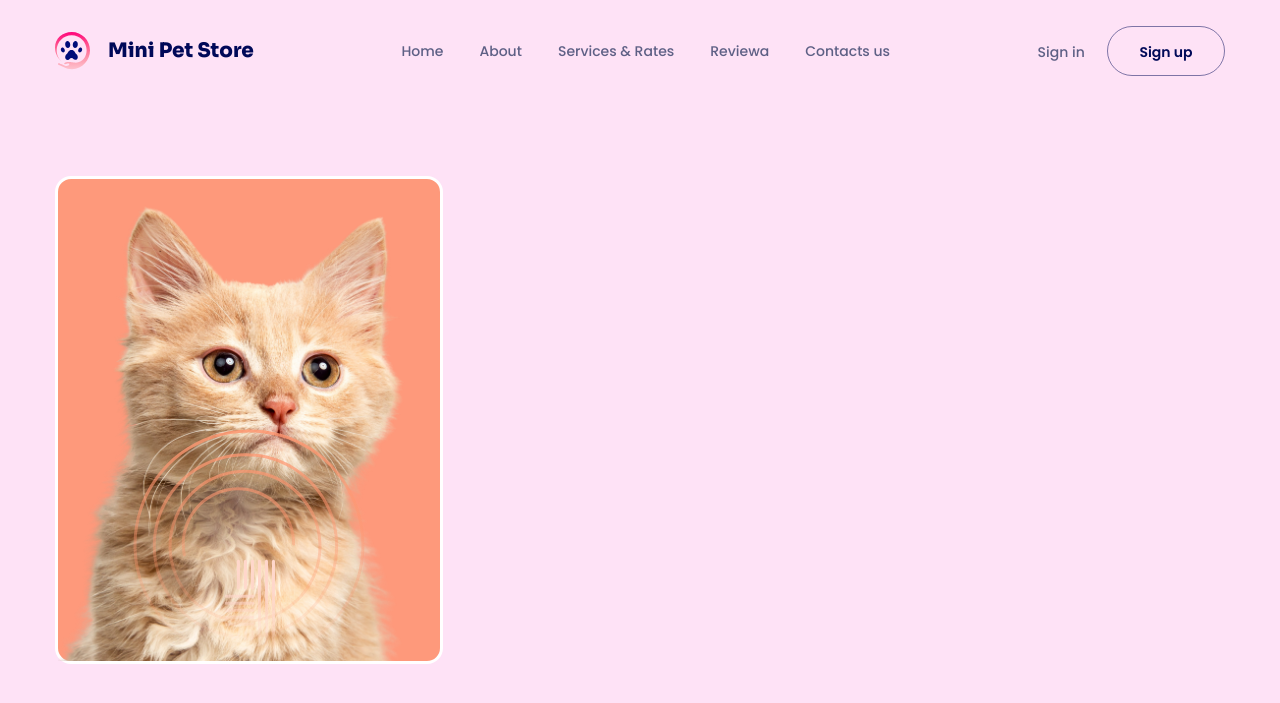
Repository: Tran-Dat/ASM-HTML5-F8-04
Page: index.html
The author's editor kept a copy of each file at every save. The page is drawn from the files as they stood at one save, then again after the next save.
The browser window is 1280 px wide. The pictures show the whole page.

Above is the page before, as saved 2023-06-12 15:59:51.

After the next save:
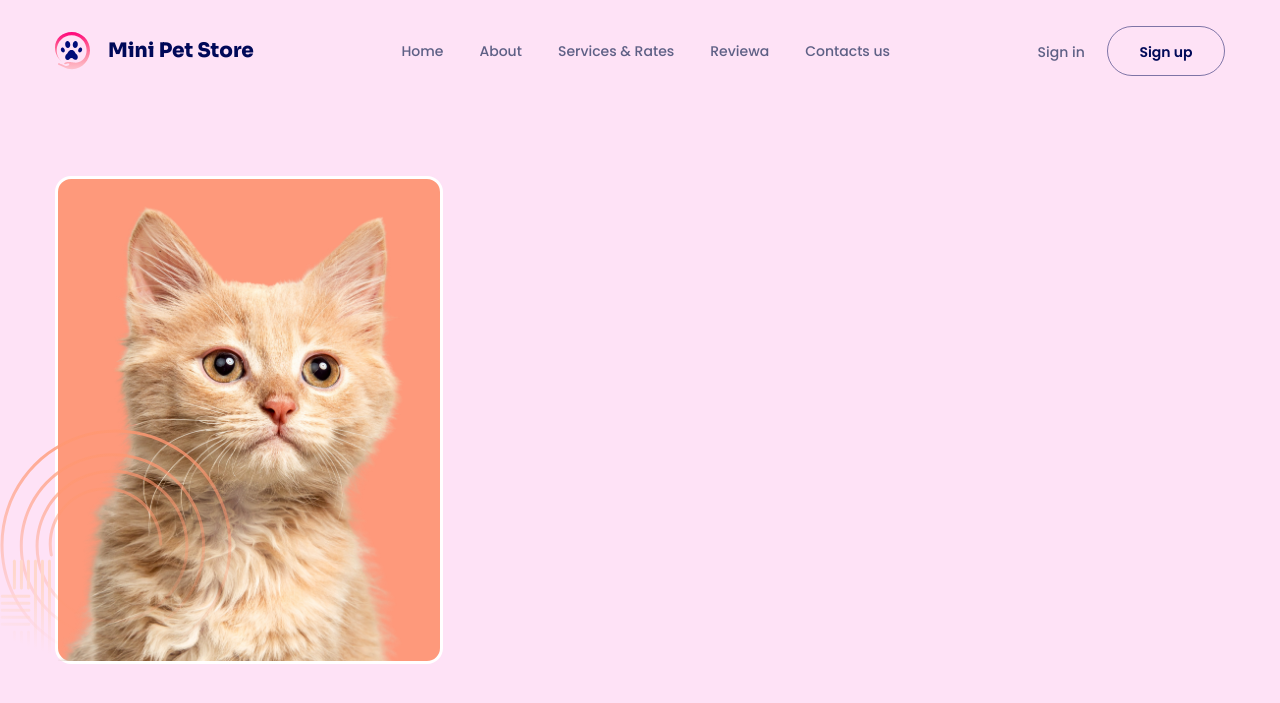
Saved 9 s later.
--- a/assets/css/styles.css
+++ b/assets/css/styles.css
@@ -140,4 +140,5 @@
 
 .hero__decor {
     position: absolute;
+    left: -58px;
 }
